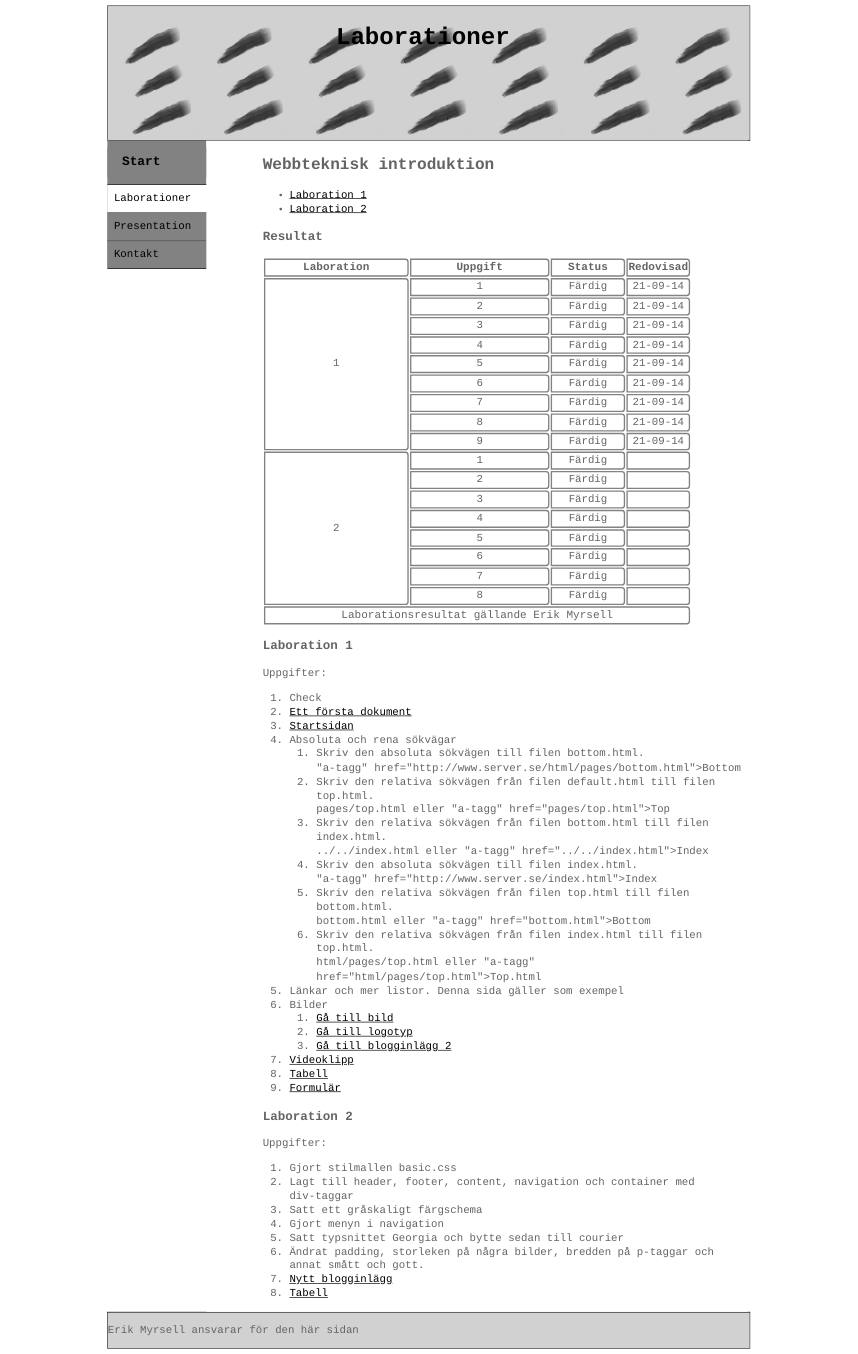
Repository: em222mt/1IK415_em222mt
Page: pages/laborationer.html
The author's editor kept a record of every edit. The page is drawn from the files as they stood at one moment, then again after the next edit.
The browser window is 1280 px wide. The pictures show the whole page, at 67% of full size.

Above is the page before.

After the next edit:
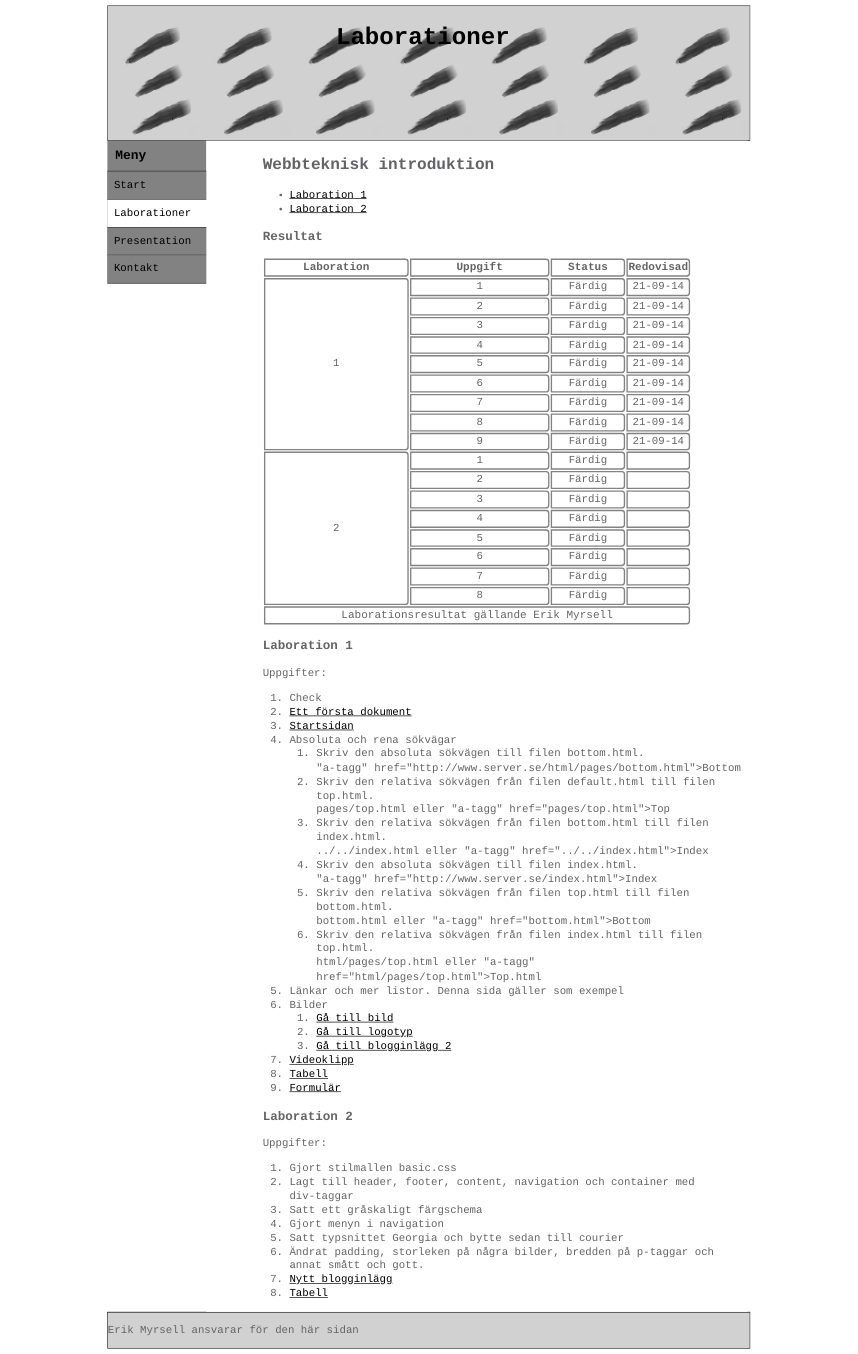
The edit:
--- a/pages/laborationer.html
+++ b/pages/laborationer.html
@@ -22,6 +22,7 @@
             <div id="navigation">
 
             <ul>
+                <li>Meny</li>
                 <li><a href="../index.html">Start</a></li>
                 <li><a href="laborationer.html" class="active">Laborationer</a></li>
                 <li><a href="presentation.html">Presentation</a></li>
